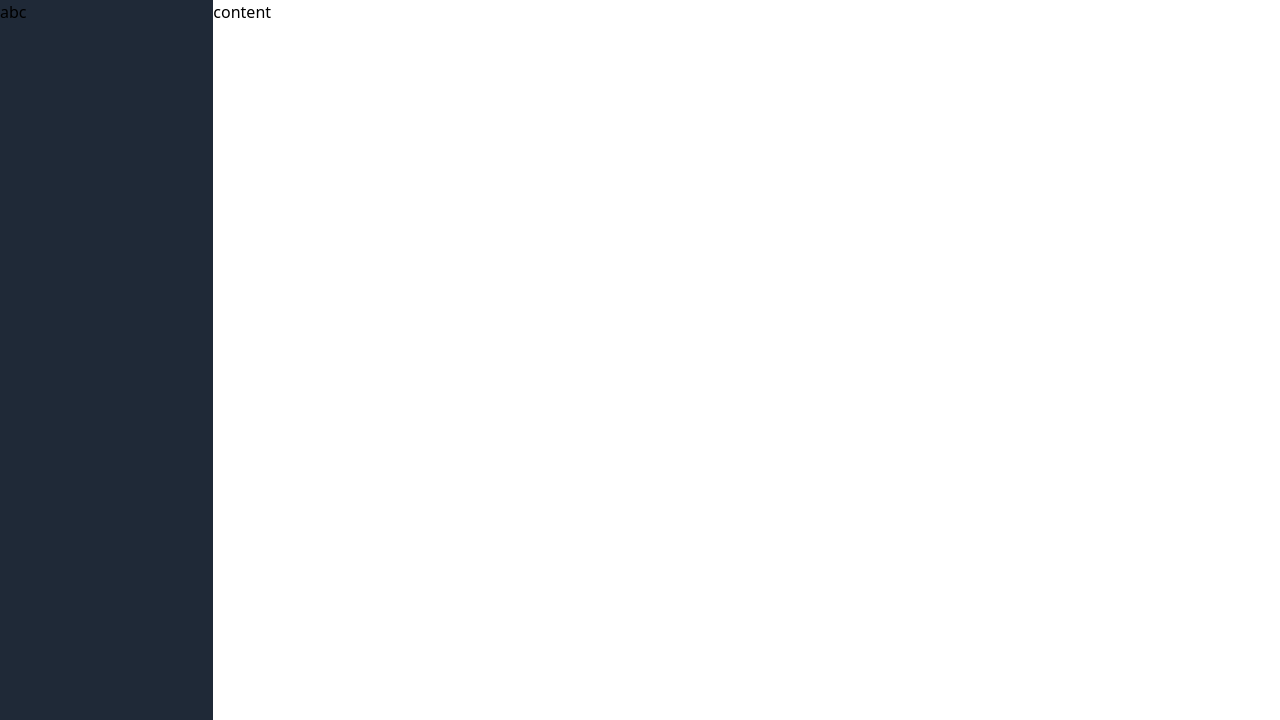
Repository: daskafa/Lavue-ui
Page: /admin
The author's editor kept a copy of each file at every save. The page is drawn from the files as they stood at one save, then again after the next save.
The browser window is 1280 px wide. The pictures show the whole page.
The project was rebuilt for these pictures with package versions that can differ from the ones it lists, and the page was loaded fresh each time. Also part of the build but not shown: src/views/Homepage.vue.

Above is the page before, as saved 2022-02-21 22:55:03.

### src/router/index.js
import { createRouter, createWebHistory } from 'vue-router'
import Dashboard from '../views/Dashboard.vue'
import Homepage from '../views/Homepage.vue'

const routes = [
  {
    path: '/',
    name: 'Homepage',
    component: Homepage
  },
  {
    path: '/admin',
    name: 'Dashboard',
    component: Dashboard
  },
  {
    path: '/about',
    name: 'About',
    // route level code-splitting
    // this generates a separate chunk (about.[hash].js) for this route
    // which is lazy-loaded when the route is visited.
    component: () => import(/* webpackChunkName: "about" */ '../views/About.vue')
  }
]

const router = createRouter({
  history: createWebHistory(process.env.BASE_URL),
  routes
})

export default router

### src/views/Dashboard.vue
<template>
    <Sidebar />
</template>

<script>
import Sidebar from '@/components/Sidebar'

export default {
    name: 'Dashboard',
    components: {
        Sidebar,
    }
}
</script>

### src/components/Sidebar.vue
<template>
<div class="grid grid-cols-12">
    <div class="col-span-2 h-screen bg-gray-800">
        <div>
            abc
        </div>
    </div>
    <div class="col-span-10">content</div>
</div>


    <!-- <router-link :to="{ name: 'Dashboard' }"><span class="text-sm ml-2">Dashboard</span></router-link> -->
    <!-- <router-link :to="{name: 'About'}"><span class="text-sm ml-2">About</span></router-link> -->

    <!-- <Content /> -->
</template>

<script>
// import Content from './Content.vue'

export default {
    name: "Sidebar",
    components: {
        // Content
    },
    data() {
        return {
            moved: true,
        };
    },
    methods: {
        sidebarHandler() {
            var sideBar = document.getElementById("mobile-nav");
            sideBar.style.transform = "translateX(-260px)";
            if (this.$data.moved) {
                sideBar.style.transform = "translateX(0px)";
                this.$data.moved = false;
            } else {
                sideBar.style.transform = "translateX(-260px)";
                this.$data.moved = true;
            }
        },
    },
};
</script>

Loaded but not shown: public/index.html (common file); src/main.js (common file); src/App.vue (common file); src/index.css (common file); tailwind.config.js (common file)

After the next save:
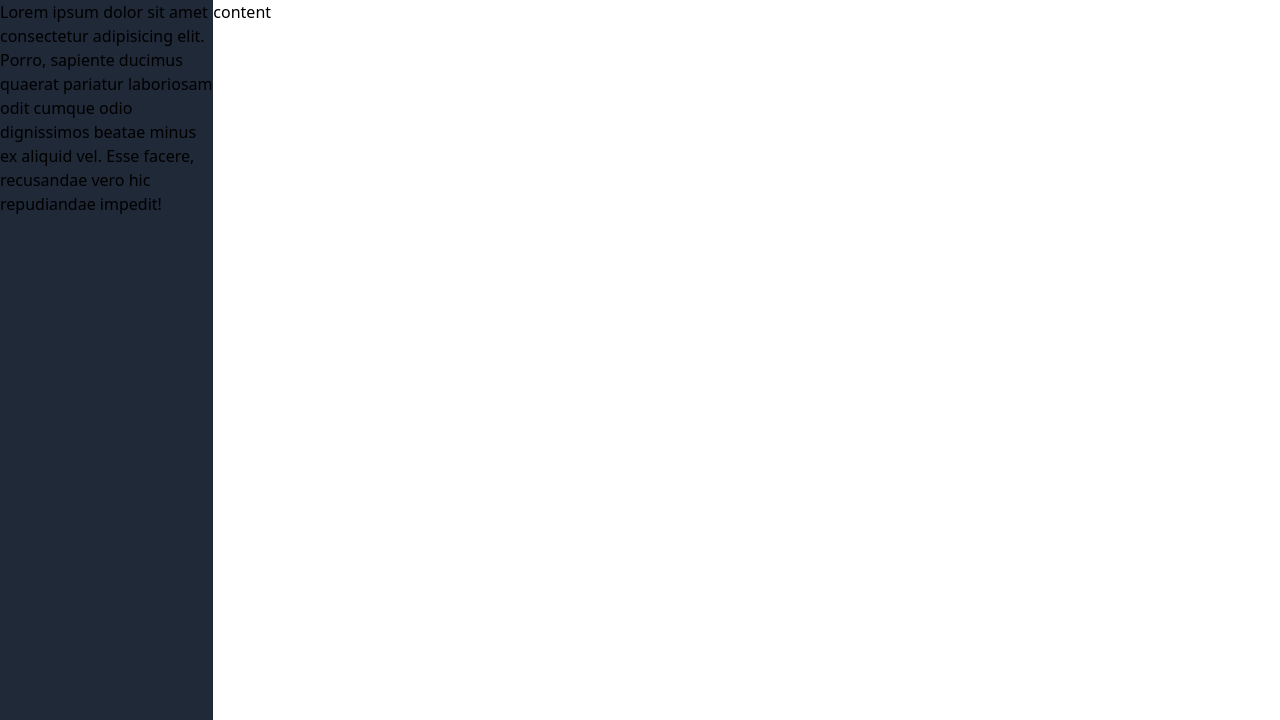
Saved 7 s later.
--- a/src/components/Sidebar.vue
+++ b/src/components/Sidebar.vue
@@ -2,7 +2,7 @@
 <div class="grid grid-cols-12">
     <div class="col-span-2 h-screen bg-gray-800">
         <div>
-            abc
+            Lorem ipsum dolor sit amet consectetur adipisicing elit. Porro, sapiente ducimus quaerat pariatur laboriosam odit cumque odio dignissimos beatae minus ex aliquid vel. Esse facere, recusandae vero hic repudiandae impedit!
         </div>
     </div>
     <div class="col-span-10">content</div>

After the save that followed:
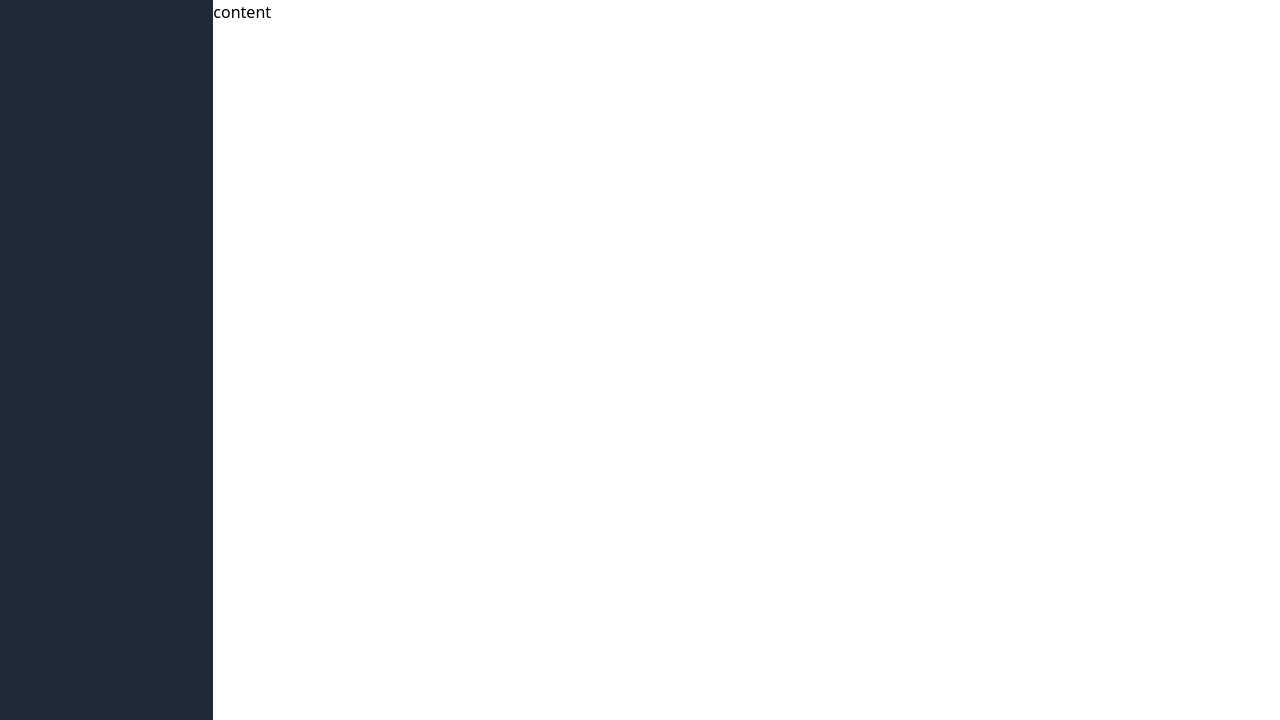
Saved 6 s later.
--- a/src/components/Sidebar.vue
+++ b/src/components/Sidebar.vue
@@ -2,7 +2,7 @@
 <div class="grid grid-cols-12">
     <div class="col-span-2 h-screen bg-gray-800">
         <div>
-            Lorem ipsum dolor sit amet consectetur adipisicing elit. Porro, sapiente ducimus quaerat pariatur laboriosam odit cumque odio dignissimos beatae minus ex aliquid vel. Esse facere, recusandae vero hic repudiandae impedit!
+
         </div>
     </div>
     <div class="col-span-10">content</div>
